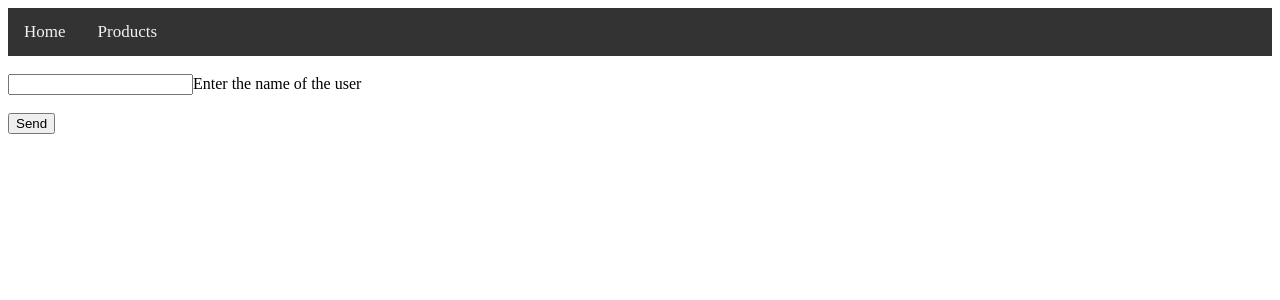
Repository: ibrar-uzair/Node-Course
Page: http://localhost/
An editor plug-in stored every save of this project. The page is shown before and after the next save, followed by the edit.
The browser window is 1280 px wide. The pictures show the whole page.
The page is served by the project's Node server (play.js). Other server files are loaded and not shown.

Above is the page before, as saved 2021-11-16 14:31:33.

### views/add-product.html
<!DOCTYPE html>
<html lang="en">
<head>
    <meta charset="UTF-8">
    <meta http-equiv="X-UA-Compatible" content="IE=edge">
    <meta name="viewport" content="width=device-width, initial-scale=1.0">
    <title>Document</title>

    <style>
        .topnav {
        background-color: #333;
        overflow: hidden;
        }

        .topnav a {
        float: left;
        color: #f2f2f2;
        text-align: center;
        padding: 14px 16px;
        text-decoration: none;
        font-size: 17px;
        }

        .topnav a:hover {
        background-color: #ddd;
        color: black;
        }

        .topnav a.active {
        background-color: #04AA6D;
        color: white;
        }
    </style>

</head>
<body>
    <header>
        <div class="topnav">
            <a class="/" href="#home">Home</a>
            <a href="/show-all/">Products</a>
        </div>
        <br>

        <form action="/add-user" method="POST">
            <input type="text" name="name">Enter the name of the user</input><br>
            <br>
            <button>Send</button>
        </form>
    </header>

</body>
</html>

### play.js

const path=require('path');

const http=require('http');
const { parse } = require('path/posix');

const express=require('express');
const bodyParser = require('body-parser');

const app=express();

app.use(bodyParser.urlencoded({extended:false}))

const adminRoutes=require('./routes/admin')
const shopRoutes=require('./routes/shop')

app.use(shopRoutes);
app.use(adminRoutes);

app.use((req,res,next)=>{
    res.status(404).sendFile(path.join(__dirname,'views','pagenotfound.html'))
})

const server =http.createServer(app);

console.log("Server is listening on port 3000");
server.listen(3000)

### routes/admin.js

const express =require('express')
const path=require('path');

const dirRoot=require('../utils/paths')

const router = express.Router()

router.get("/",(req,res,next)=>{
    res.sendFile(path.join(dirRoot,'views','add-product.html'))
})

module.exports=router

### utils/paths.js
const path =require('path')


module.exports=path.dirname(process.mainModule.filename)

After the next save:
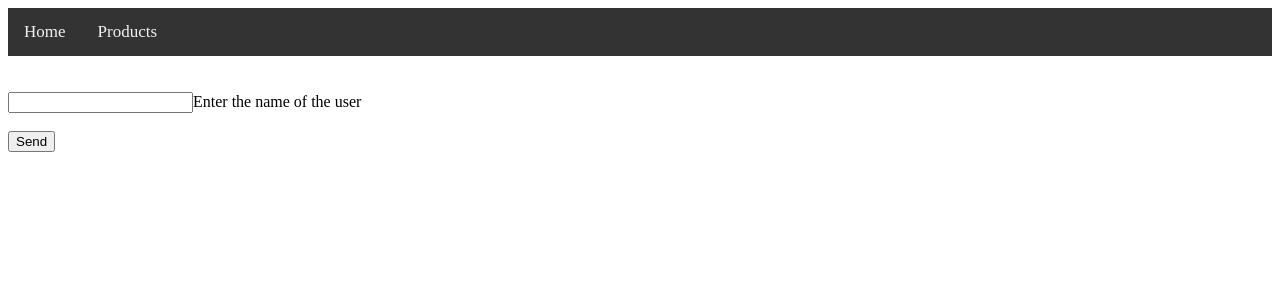
Saved 27 s later.
--- a/views/add-product.html
+++ b/views/add-product.html
@@ -40,12 +40,14 @@
             <a href="/show-all/">Products</a>
         </div>
         <br>
+        <container style="padding: 50px;">
+            <form action="/add-user" method="POST">
+                <input type="text" name="name">Enter the name of the user</input><br>
+                <br>
+                <button>Send</button>
+            </form>
+        </container>
 
-        <form action="/add-user" method="POST">
-            <input type="text" name="name">Enter the name of the user</input><br>
-            <br>
-            <button>Send</button>
-        </form>
     </header>
 
 </body>

After the 2 saves that followed:
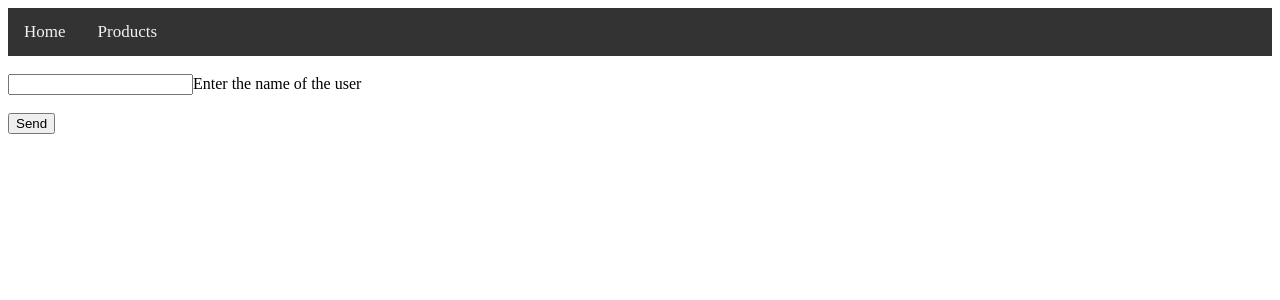
The 2 saves are shown as one change because 1 left the picture as it was.
The last was saved 23 s later.
--- a/views/add-product.html
+++ b/views/add-product.html
@@ -40,7 +40,7 @@
             <a href="/show-all/">Products</a>
         </div>
         <br>
-        <container style="padding: 50px;">
+        <container>
             <form action="/add-user" method="POST">
                 <input type="text" name="name">Enter the name of the user</input><br>
                 <br>
